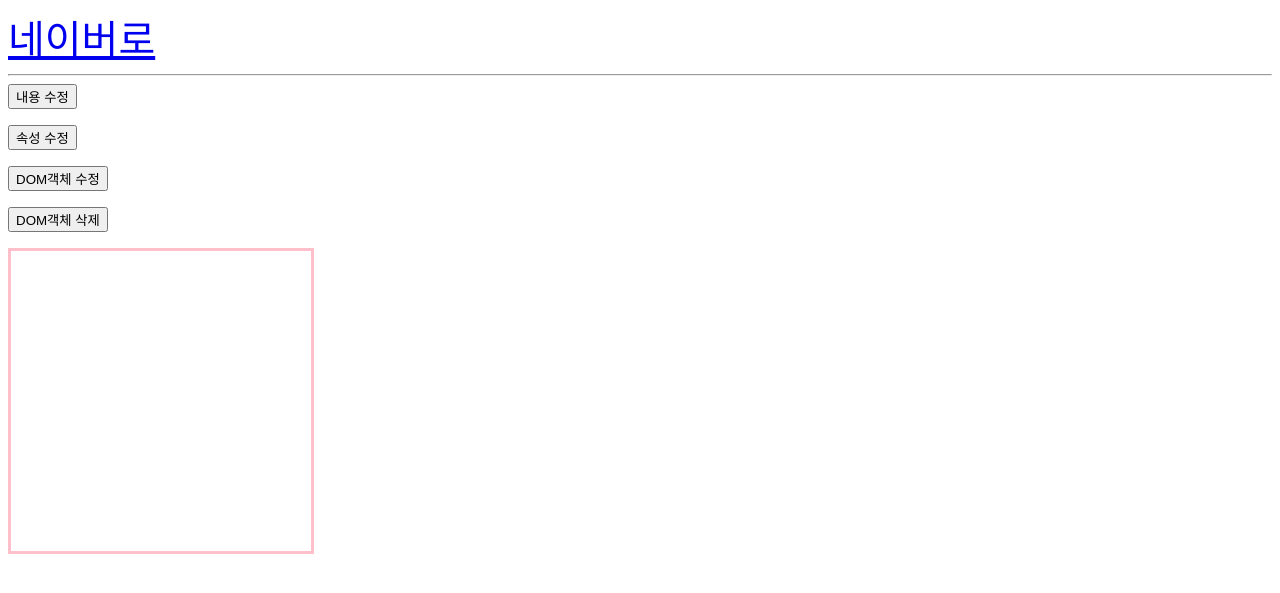
Repository: AgentHyun/FishDalle3
Page: Feb14_1_jQuery/WebContent/1_DOM.html
An editor plug-in stored every save of this project. The page is shown before and after the next save, followed by the edit.
The browser window is 1280 px wide. The pictures show the whole page.
After loading, the first visible `#b3` was clicked once.

Above is the page before, as saved 2025-02-14 01:10:17.
Console error: ReferenceError: right is not defined

After the next save:
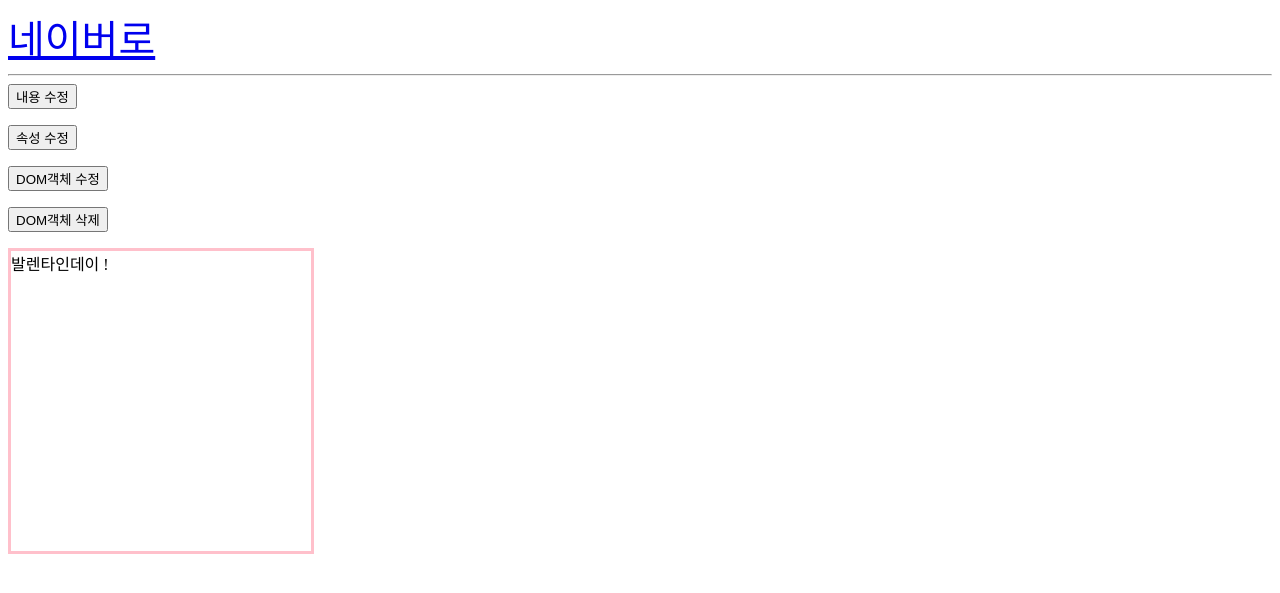
The error is gone.
Saved 20 s later.
--- a/Feb14_1_jQuery/WebContent/1_DOM.html
+++ b/Feb14_1_jQuery/WebContent/1_DOM.html
@@ -71,7 +71,7 @@ $(function(){
     	 // direction : 스크롤방향 설정
     	 //    left(기본값), right, up, down
 
-    	 m.attr("direction", right);
+    	 m.attr("direction", "right");
 
     	 //요소 추가하기
     	 //기존 요소의 내부에 추가 - append, prepend
